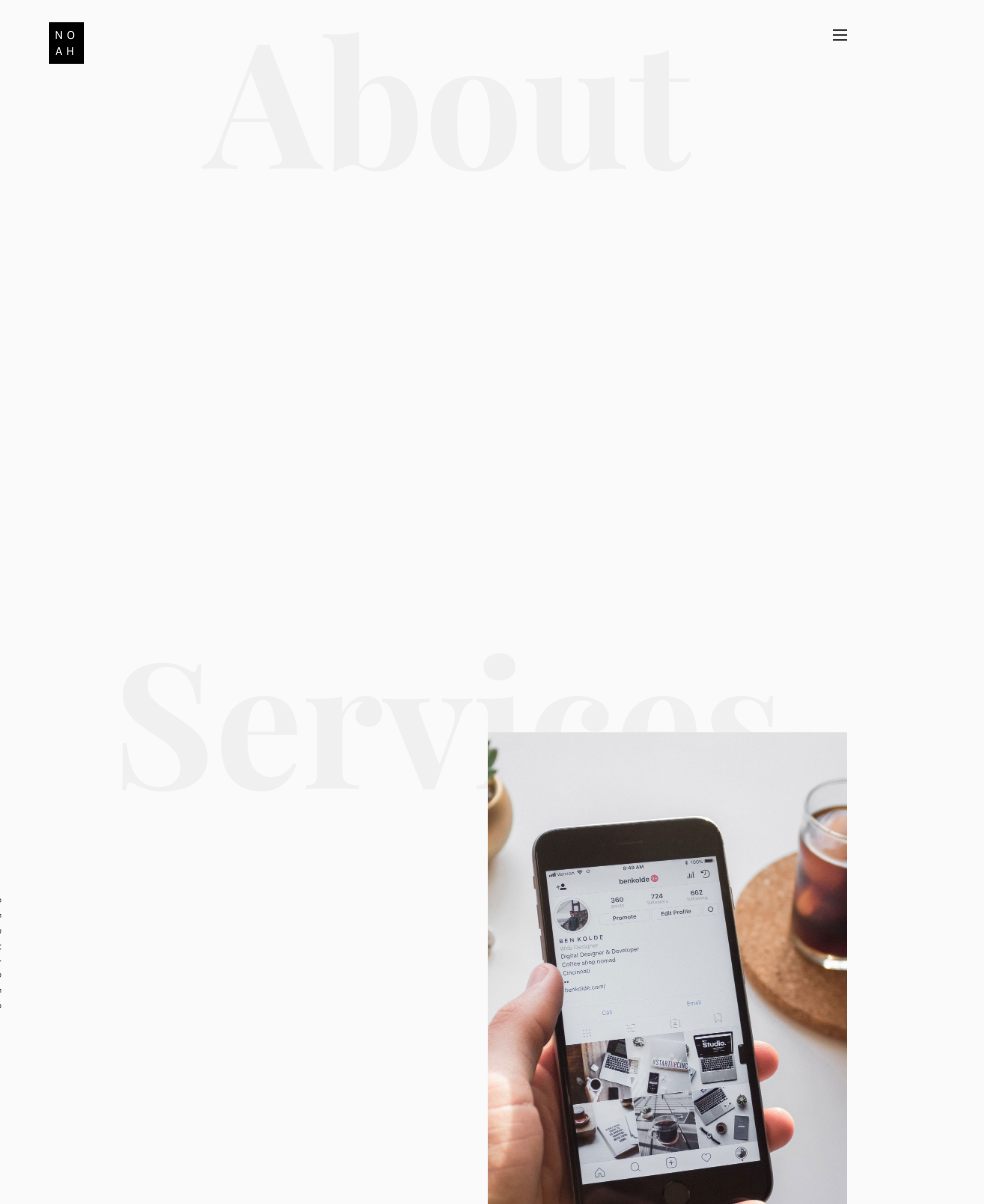
Repository: MyDogTomsky/soo_portfolio
Page: http://localhost/
These files come from the project's save history. The page is drawn as it stood at one moment and after the next save; the edit follows.
The browser window is 1280 px wide. The page is 1406 px wide, then 1295 px, so the pictures cover 1406 px, including what lies to the right of the window. The pictures show the part of the page from y = 0 to 1720 px (the page is 9534 px tall before and 4415 px after), at 70% of full size.
Some web fonts or font styles are not loaded; a fallback is used. The page is served by the project's application, run on Flask 3 (web_app/app.py).

Above is the page before, as saved 2025-03-08 19:35:15.

### web_app/templates/index.html
<!DOCTYPE HTML>
<html>
	<head>
	<meta charset="utf-8">
	<meta http-equiv="X-UA-Compatible" content="IE=edge">
	<title>Noah Template</title>
	<meta name="viewport" content="width=device-width, initial-scale=1">
	<meta name="description" content="" />
	<meta name="keywords" content="" />
	<meta name="author" content="" />

  <!-- Facebook and Twitter integration -->
	<meta property="og:title" content=""/>
	<meta property="og:image" content=""/>
	<meta property="og:url" content=""/>
	<meta property="og:site_name" content=""/>
	<meta property="og:description" content=""/>
	<meta name="twitter:title" content="" />
	<meta name="twitter:image" content="" />
	<meta name="twitter:url" content="" />
	<meta name="twitter:card" content="" />

	<!-- Place favicon.ico and apple-touch-icon.png in the root directory -->
	<link rel="shortcut icon" href="favicon.ico">

	<link href="https://fonts.googleapis.com/css?family=Karla:400,700" rel="stylesheet">
	<link href="https://fonts.googleapis.com/css?family=Playfair+Display:400,400i,700" rel="stylesheet">

	<!-- Animate.css -->
	<!--<link rel="stylesheet" href="css/animate.css">-->
	<link rel="stylesheet" href="{{ url_for('static', filename='css/style.css') }}">
	<!-- Icomoon Icon Fonts-->
	<link rel="stylesheet" href="css/icomoon.css">
	<!-- Bootstrap  -->
	<link rel="stylesheet" href="css/bootstrap.css">
	<!-- Owl Carousel -->
	<link rel="stylesheet" href="css/owl.carousel.min.css">
	<link rel="stylesheet" href="css/owl.theme.default.min.css">
	<!-- Magnific Popup -->
	<link rel="stylesheet" href="css/magnific-popup.css">

	<link rel="stylesheet" href="css/style.css">


	<!-- Modernizr JS -->
	<script src="js/modernizr-2.6.2.min.js"></script>
	<!-- FOR IE9 below -->
	<!--[if lt IE 9]>
	<script src="js/respond.min.js"></script>
	<![endif]-->

	</head>
	<body>

	<nav id="colorlib-main-nav" role="navigation">
		<a href="#" class="js-colorlib-nav-toggle colorlib-nav-toggle active"><i></i></a>
		<div class="js-fullheight colorlib-table">
			<div class="colorlib-table-cell js-fullheight">
				<div class="row">
					<div class="col-md-12">
						<div class="form-group">
							<input type="text" class="form-control" id="search" placeholder="Enter any key to search...">
							<button type="submit" class="btn btn-primary"><i class="icon-search3"></i></button>
						</div>
					</div>
				</div>
				<div class="row">
					<div class="col-md-12">
						<ul>
							<li class="active"><a href="index.html">Home</a></li>
							<li><a href="services.html">Services</a></li>
							<li><a href="work.html">Work</a></li>
							<li><a href="blog.html">Blog</a></li>
							<li><a href="about.html">About</a></li>
							<li><a href="contact.html">Contact</a></li>
						</ul>
					</div>
				</div>
				<div class="row">
					<div class="col-md-12">
						<h2 class="head-title">Works</h2>
						<a href="images/work-1.jpg" class="gallery image-popup-link text-center" style="background-image: url(images/work-1.jpg);">
							<span><i class="icon-search3"></i></span>
						</a>
						<a href="images/work-2.jpg" class="gallery image-popup-link text-center" style="background-image: url(images/work-2.jpg);">
							<span><i class="icon-search3"></i></span>
						</a>
						<a href="images/work-3.jpg" class="gallery image-popup-link text-center" style="background-image: url(images/work-3.jpg);">
							<span><i class="icon-search3"></i></span>
						</a>
						<a href="images/work-4.jpg" class="gallery image-popup-link text-center" style="background-image: url(images/work-4.jpg);">
							<span><i class="icon-search3"></i></span>
						</a>
					</div>
				</div>
			</div>
		</div>
	</nav>

	<div id="colorlib-page">
		<header>
			<div class="container">
				<div class="row">
					<div class="col-md-12">
						<div class="colorlib-navbar-brand">
							<a class="colorlib-logo" href="index.html"><span>No</span><span>ah</span></a>
						</div>
						<a href="#" class="js-colorlib-nav-toggle colorlib-nav-toggle"><i></i></a>
					</div>
				</div>
			</div>
		</header>
		<div id="colorlib-about">
			<div class="container">
				<div class="row text-center">
					<h2 class="bold">About</h2>
				</div>
				<div class="row">
					<div class="col-md-5 animate-box">
						<div class="owl-carousel3">
							<div class="item">
								<img class="img-responsive about-img" src="images/about.jpg" alt="html5 bootstrap template by colorlib.com">
							</div>
							<div class="item">
								<img class="img-responsive about-img" src="images/about-2.jpg" alt="html5 bootstrap template by colorlib.com">
							</div>
						</div>
					</div>
					<div class="col-md-6 col-md-push-1 animate-box">
						<div class="about-desc">
							<div class="owl-carousel3">
								<div class="item">
									<h2><span>Noah</span><span>Henderson</span></h2>
								</div>
								<div class="item">
									<h2><span>I'm</span><span>A Designer</span></h2>
								</div>
							</div>
							<div class="desc">
								<div class="rotate">
									<h2 class="heading">About</h2>
								</div>
								<p>A small river named Duden <a href="#">flows by their place</a> and supplies it with the necessary regelialia. It is a paradisematic country, in which roasted parts of sentences fly into your mouth. Even the all-powerful Pointing has no control about the blind texts it is an almost unorthographic life.</p>
								<p class="colorlib-social-icons">
									<a href="#"><i class="icon-facebook4"></i></a>
									<a href="#"><i class="icon-twitter3"></i></a>
									<a href="#"><i class="icon-googleplus"></i></a>
									<a href="#"><i class="icon-dribbble2"></i></a>
								</p>
								<p><a href="#" class="btn btn-primary btn-outline">Contact Me!</a></p>
							</div>
						</div>
					</div>
				</div>
			</div>
		</div>
		<div id="colorlib-services">
			<div class="container">
				<div class="row text-center">
					<h2 class="bold">Services</h2>
				</div>
				<div class="row">
					<div class="col-md-12">
						<div class="services-flex">
							<div class="one-third">
								<div class="row">
									<div class="col-md-12 col-md-offset-0 animate-box intro-heading">
										<span>My Services</span>
										<h2>Here Are Some of My Skills</h2>
									</div>
								</div>
								<div class="row">
									<div class="col-md-12">
										<div class="rotate">
											<h2 class="heading">Services</h2>
										</div>
									</div>
									<div class="col-md-6">
										<div class="services animate-box">
											<h3>1 - Graphic Design</h3>
											<ul>
												<li>UI Design</li>
												<li>Website &amp; Digital Design</li>
												<li>Brading &amp; Visual Identity</li>
												<li>Print Design</li>
											</ul>
										</div>
										<div class="services animate-box">
											<h3>3 - Front End Development</h3>
											<ul>
												<li>HTML / CSS</li>
												<li>JS &amp; Jquery Startup</li>
												<li>WordPress</li>
												<li>Jomla</li>
											</ul>
										</div>
									</div>
									<div class="col-md-6">
										<div class="services animate-box">
											<h3>2 - Illustration</h3>
											<ul>
												<li>Editorial</li>
												<li>Narrative</li>
												<li>Motion Graphics</li>
												<li>Animation</li>
												<li>Visual Effects</li>
											</ul>
										</div>
										<div class="services animate-box">
											<h3>4 - Web Marketing</h3>
											<ul>
												<li>Sales Marketing</li>
												<li>Invoice</li>
												<li>eCommerce</li>
											</ul>
										</div>
									</div>
								</div>
							</div>
							<div class="one-forth services-img" style="background-image: url(images/services-img-1.jpg);">
							</div>
						</div>
					</div>
				</div>
			</div>
		</div>

		<div id="colorlib-work">
			<div class="container">
				<div class="row text-center">
					<h2 class="bold">Works</h2>
				</div>
				<div class="row">
					<div class="col-md-12 col-md-offset-0 text-center animate-box intro-heading">
						<span>Portfolio</span>
						<h2>Done Projects</h2>
					</div>
				</div>
				<div class="row">
					<div class="col-md-12">
						<div class="rotate">
							<h2 class="heading">Portfolio</h2>
						</div>
					</div>
				</div>
				<div class="row">
					<div class="col-md-12">
						<div class="work-entry animate-box">
							<a href="work.html" class="work-img" style="background-image: url(images/work-1.jpg);">
								<div class="display-t">
									<div class="work-name">
										<h2>Pursuing Best</h2>
									</div>
								</div>
							</a>
							<div class="col-md-4 col-md-offset-4">
								<div class="desc">
									<p>Far far away, behind the word mountains, far from the countries Vokalia and Consonantia, there live the blind texts. Separated they live in Bookmarksgrove right at the coast of the Semantics, a large language ocean.</p>
									<p class="read"><a href="#">View details</a></p>
								</div>
							</div>
						</div>
					</div>
					<div class="col-md-12">
						<div class="work-entry animate-box">
							<a href="work.html" class="work-img" style="background-image: url(images/work-2.jpg);">
								<div class="display-t">
									<div class="work-name">
										<h2>Coordinates</h2>
									</div>
								</div>
							</a>
							<div class="col-md-4 col-md-offset-4">
								<div class="desc">
									<p>Far far away, behind the word mountains, far from the countries Vokalia and Consonantia, there live the blind texts. Separated they live in Bookmarksgrove right at the coast of the Semantics, a large language ocean.</p>
									<p class="read"><a href="#">View Details</a></p>
								</div>
							</div>
						</div>
					</div>
					<div class="col-md-12">
						<div class="work-entry animate-box">
							<a href="work.html" class="work-img" style="background-image: url(images/work-3.jpg);">
								<div class="display-t">
									<div class="work-name">
										<h2>Cristall</h2>
									</div>
								</div>
							</a>
							<div class="col-md-4 col-md-offset-4">
								<div class="desc">
									<p>Far far away, behind the word mountains, far from the countries Vokalia and Consonantia, there live the blind texts. Separated they live in Bookmarksgrove right at the coast of the Semantics, a large language ocean.</p>
									<p class="read"><a href="#">View details</a></p>
								</div>
							</div>
						</div>
					</div>
					<div class="col-md-12">
						<div class="work-entry animate-box">
							<a href="work.html" class="work-img" style="background-image: url(images/work-4.jpg);">
								<div class="display-t">
									<div class="work-name">
										<h2>Black</h2>
									</div>
								</div>
							</a>
							<div class="col-md-4 col-md-offset-4">
								<div class="desc">
									<p>Far far away, behind the word mountains, far from the countries Vokalia and Consonantia, there live the blind texts. Separated they live in Bookmarksgrove right at the coast of the Semantics, a large language ocean.</p>
									<p class="read"><a href="#">View details</a></p>
								</div>
							</div>
						</div>
					</div>
				</div>
			</div>
		</div>

		<div id="colorlib-blog">
			<div class="container">
				<div class="row text-center">
					<h2 class="bold">Blog</h2>
				</div>
				<div class="row">
					<div class="col-md-12 col-md-offset-0 text-center animate-box intro-heading">
						<span>Blog</span>
						<h2>Read Our Case</h2>
					</div>
				</div>
				<div class="row">
					<div class="col-md-12">
						<div class="rotate">
							<h2 class="heading">Our Blog</h2>
						</div>
					</div>
				</div>
				<div class="row animate-box">
					<div class="owl-carousel1">
						<div class="item">
							<div class="col-md-12">
								<div class="article">
									<a href="blog.html" class="blog-img">
										<img class="img-responsive" src="images/img-1.jpg" alt="html5 bootstrap by colorlib.com">
										<div class="overlay"></div>
										<div class="link">
											<span class="read">Read more</h2>
										</div>
									</a>
									<div class="desc">
										<span class="meta">15, Feb 2018</span>
										<h2><a href="blog.html">A Japanese Constellation</a></h2>
										<p>When she reached the first hills of the Italic Mountains, she had a last view back on the skyline of her hometown Bookmarksgrove</p>
									</div>
								</div>
							</div>
						</div>
						<div class="item">
							<div class="col-md-12">
								<div class="article">
									<a href="blog.html" class="blog-img">
										<img class="img-responsive" src="images/img-2.jpg" alt="html5 bootstrap by colorlib.com">
										<div class="overlay"></div>
										<div class="link">
											<span class="read">Read more</h2>
										</div>
									</a>
									<div class="desc">
										<span class="meta">15, Feb 2018</span>
										<h2><a href="blog.html">A Japanese Constellation</a></h2>
										<p>When she reached the first hills of the Italic Mountains, she had a last view back on the skyline of her hometown Bookmarksgrove</p>
									</div>
								</div>
							</div>
						</div>
						<div class="item">
							<div class="col-md-12">
								<div class="article">
									<a href="blog.html" class="blog-img">
										<img class="img-responsive" src="images/img-3.jpg" alt="html5 bootstrap by colorlib.com">
										<div class="overlay"></div>
										<div class="link">
											<span class="read">Read more</h2>
										</div>
									</a>
									<div class="desc">
										<span class="meta">15, Feb 2018</span>
										<h2><a href="blog.html">A Japanese Constellation</a></h2>
										<p>When she reached the first hills of the Italic Mountains, she had a last view back on the skyline of her hometown Bookmarksgrove</p>
									</div>
								</div>
							</div>
						</div>
					</div>
				</div>
			</div>
		</div>

		<div id="colorlib-testimony">
			<div class="container">
				<div class="row text-center">
					<h2 class="bold">Testimonies</h2>
				</div>
				<div class="row">
					<div class="col-md-12 col-md-offset-0 text-center animate-box intro-heading">
						<span>Testimonies</span>
						<h2>Clients Says</h2>
					</div>
				</div>
				<div class="row">
					<div class="col-md-12">
						<div class="rotate">
							<h2 class="heading">Says</h2>
						</div>
					</div>
				</div>
				<div class="row animate-box">
					<div class="owl-carousel">
						<div class="item">
							<div class="col-md-12 text-center">
								<div class="testimony">
									<blockquote>
										<p>"A small river named Duden flows by their place and supplies it with the necessary regelialia.</p>
										<span>" &mdash; George Brooks</span>
									</blockquote>
								</div>
							</div>
						</div>
						<div class="item">
							<div class="col-md-12 text-center">
								<div class="testimony">
									<blockquote>
										<p>"Even the all-powerful Pointing has no control about the blind texts it is an almost unorthographic life One day however a small line of blind text by the name of Lorem Ipsum decided to leave for the far World of Grammar.</p>
										<span>" &mdash; Daniel Foster</span>
									</blockquote>
								</div>
							</div>
						</div>
						<div class="item">
							<div class="col-md-12 text-center">
								<div class="testimony">
									<blockquote>
										<p>"When she reached the first hills of the Italic Mountains, she had a last view back on the skyline of her hometown Bookmarksgrove</p>
										<span>" &mdash; Liam Jenkins</span>
									</blockquote>
								</div>
							</div>
						</div>
					</div>
				</div>
			</div>
		</div>

		<footer>
			<div id="footer">
				<div class="container">
					<div class="row">
						<div class="col-md-4 col-pb-sm">
							<div class="row">
								<div class="col-md-10">
									<h2>Let's Talk</h2>
									<p>A small river named Duden flows by their place and supplies.</p>
									<p><a href="#">noah@info.com</a></p>
									<p class="colorlib-social-icons">
										<a href="#"><i class="icon-facebook4"></i></a>
										<a href="#"><i class="icon-twitter3"></i></a>
										<a href="#"><i class="icon-googleplus"></i></a>
										<a href="#"><i class="icon-dribbble2"></i></a>
									</p>
								</div>
							</div>
						</div>
						<div class="col-md-4 col-pb-sm">
							<h2>Latest Blog</h2>
							<div class="f-entry">
								<a href="#" class="featured-img" style="background-image: url(images/img-1.jpg);"></a>
								<div class="desc">
									<span>February 15, 2018</span>
									<h3><a href="#">Art Gallery in Japan</a></h3>
								</div>
							</div>
							<div class="f-entry">
								<a href="#" class="featured-img" style="background-image: url(images/img-2.jpg);"></a>
								<div class="desc">
									<span>February 9, 2018</span>
									<h3><a href="#">A Japanese Constellation</a></h3>
								</div>
							</div>
							<div class="f-entry">
								<a href="#" class="featured-img" style="background-image: url(images/img-3.jpg);"></a>
								<div class="desc">
									<span>February 15, 2018</span>
									<h3><a href="#">Road Trip</a></h3>
								</div>
							</div>
						</div>
						<div class="col-md-4 col-pb-sm">
							<h2>Newsletter</h2>
							<p>A small river named Duden flows by their place and supplies it with the necessary regelialia</p>
							<div class="subscribe text-center">
								<div class="form-group">
									<input type="text" class="form-control text-center" placeholder="Enter Email address">
									<input type="submit" value="Subscribe" class="btn btn-primary btn-custom">
								</div>
							</div>
						</div>
					</div>
					<div class="row">
						<div class="col-md-12 text-center">
							<p>
								&copy; <!-- Link back to Colorlib can't be removed. Template is licensed under CC BY 3.0. -->
Copyright &copy;<script>document.write(new Date().getFullYear());</script> All rights reserved | This template is made with <i class="icon-heart4" aria-hidden="true"></i> by <a href="https://colorlib.com" target="_blank">Colorlib</a>
<!-- Link back to Colorlib can't be removed. Template is licensed under CC BY 3.0. -->
							</p>
						</div>
					</div>
				</div>
			</div>
		</footer>

	</div>

	<!-- jQuery -->
	<script src="js/jquery.min.js"></script>
	<!-- jQuery Easing -->
	<script src="js/jquery.easing.1.3.js"></script>
	<!-- Bootstrap -->
	<script src="js/bootstrap.min.js"></script>
	<!-- Waypoints -->
	<script src="js/jquery.waypoints.min.js"></script>
	<!-- Owl Carousel -->
	<script src="js/owl.carousel.min.js"></script>
	<!-- Magnific Popup -->
	<script src="js/jquery.magnific-popup.min.js"></script>
	<script src="js/magnific-popup-options.js"></script>

	<!-- Main JS (Do not remove) -->
	<script src="js/main.js"></script>

	</body>
</html>

### web_app/app.py
# Flask SETUP for A bootstrap file
from flask import Flask, render_template

app = Flask(__name__)

# Homepage
@app.route('/')
def home():
    return render_template('index.html')

# 'about.html'
@app.route('/about')
def about():
    return render_template('about.html')

# 'blog.html'
@app.route('/blog')
def blog():
    return render_template('blog.html')

# 'contact.html'
@app.route('/contact')
def contact():
    return render_template('contact.html')

# 'services.html'
@app.route('/services')
def services():
    return render_template('services.html')

# 'single.html'
@app.route('/single')
def single():
    return render_template('single.html')

# 'work.html'
@app.route('/work')
def work():
    return render_template('work.html')

# 'work-single.html'
@app.route('/work-single')
def work_single():
    return render_template('work-single.html')

# execute Flask app
if __name__ == '__main__':
    app.run(debug=True)

Loaded but not shown: web_app/static/css/icomoon.css (common file); web_app/static/css/bootstrap.css (library); web_app/static/css/owl.carousel.min.css (library); web_app/static/css/owl.theme.default.min.css (common file); web_app/static/css/magnific-popup.css (library); web_app/static/js/modernizr-2.6.2.min.js (library); web_app/static/js/jquery.min.js (library); web_app/static/js/jquery.easing.1.3.js (library); web_app/static/js/bootstrap.min.js (library); web_app/static/js/jquery.waypoints.min.js (library); web_app/static/js/owl.carousel.min.js (library); web_app/static/js/jquery.magnific-popup.min.js (library); web_app/static/js/magnific-popup-options.js (common file); web_app/static/css/animate.css (library); web_app/static/js/main.js (176 lines, source omitted); web_app/static/css/style.css (1315 lines, source omitted)

After the next save:
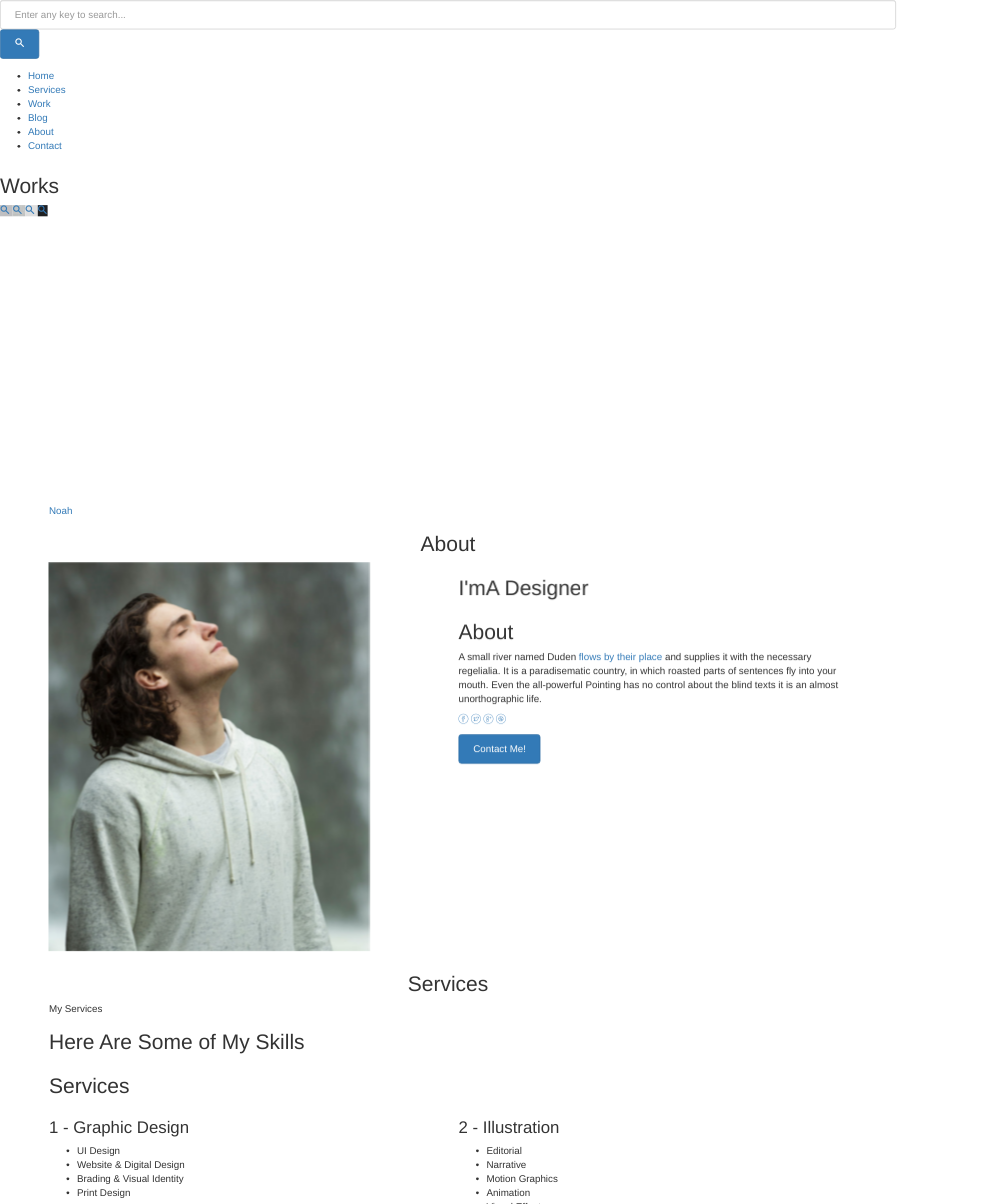
Saved 15 min 50 s later.
--- a/web_app/templates/index.html
+++ b/web_app/templates/index.html
@@ -27,8 +27,9 @@
 	<link href="https://fonts.googleapis.com/css?family=Playfair+Display:400,400i,700" rel="stylesheet">
 
 	<!-- Animate.css -->
-	<!--<link rel="stylesheet" href="css/animate.css">-->
-	<link rel="stylesheet" href="{{ url_for('static', filename='css/style.css') }}">
+
+	<link rel="stylesheet" href="{{url_for('static',filename='css/animate.css')}}">
+
 	<!-- Icomoon Icon Fonts-->
 	<link rel="stylesheet" href="css/icomoon.css">
 	<!-- Bootstrap  -->
@@ -39,7 +40,8 @@
 	<!-- Magnific Popup -->
 	<link rel="stylesheet" href="css/magnific-popup.css">
 
-	<link rel="stylesheet" href="css/style.css">
+
+	<!--<link rel="stylesheet" href="css/animate.css">-->
 
 
 	<!-- Modernizr JS -->
